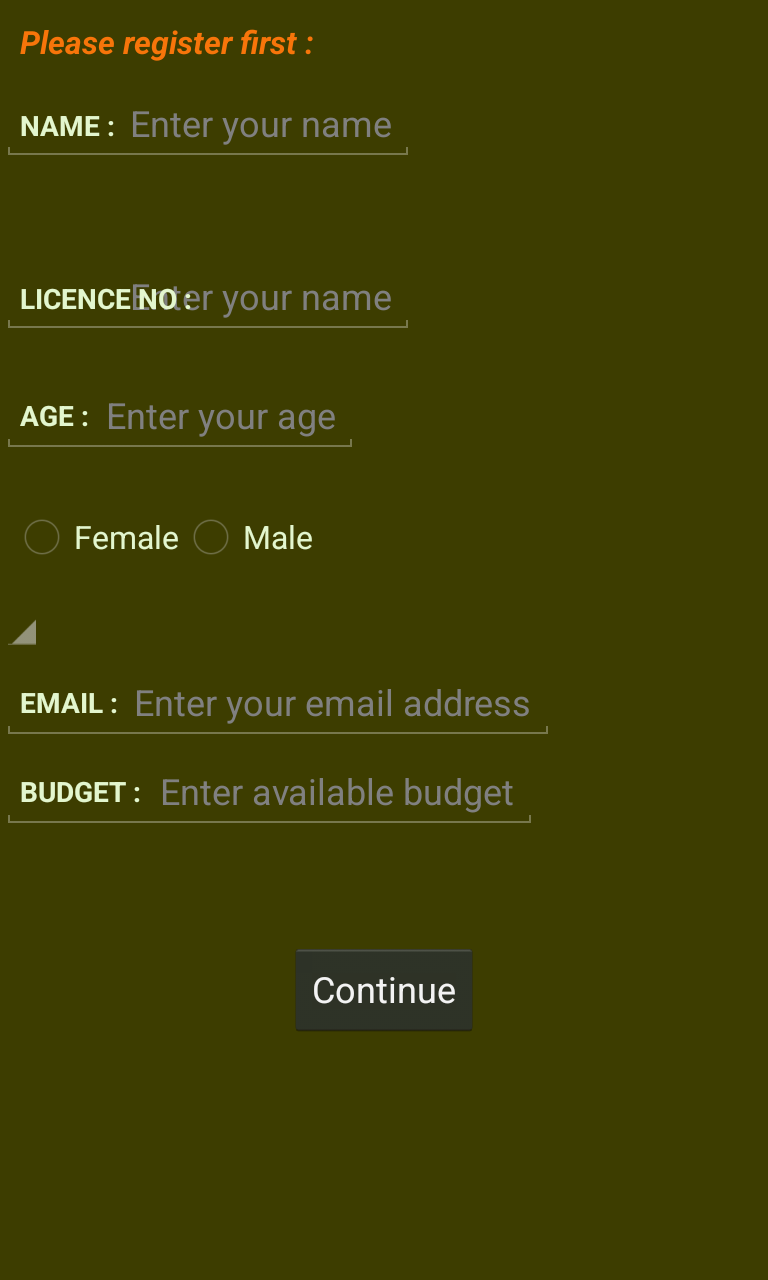
Repository: Adammdit/DT2283GUI
Layout: GunSmoke/res/layout/activity_details_form.xml
An editor plug-in stored every save of this project. The layout is shown before and after the next save, followed by the edit.
It is drawn on a 768 x 1280 px phone screen (xhdpi) without system bars, with theme android:Theme.Holo; the app's code is not run.

Above is the layout before, as saved 2014-11-09 16:15:00.

After the next save:
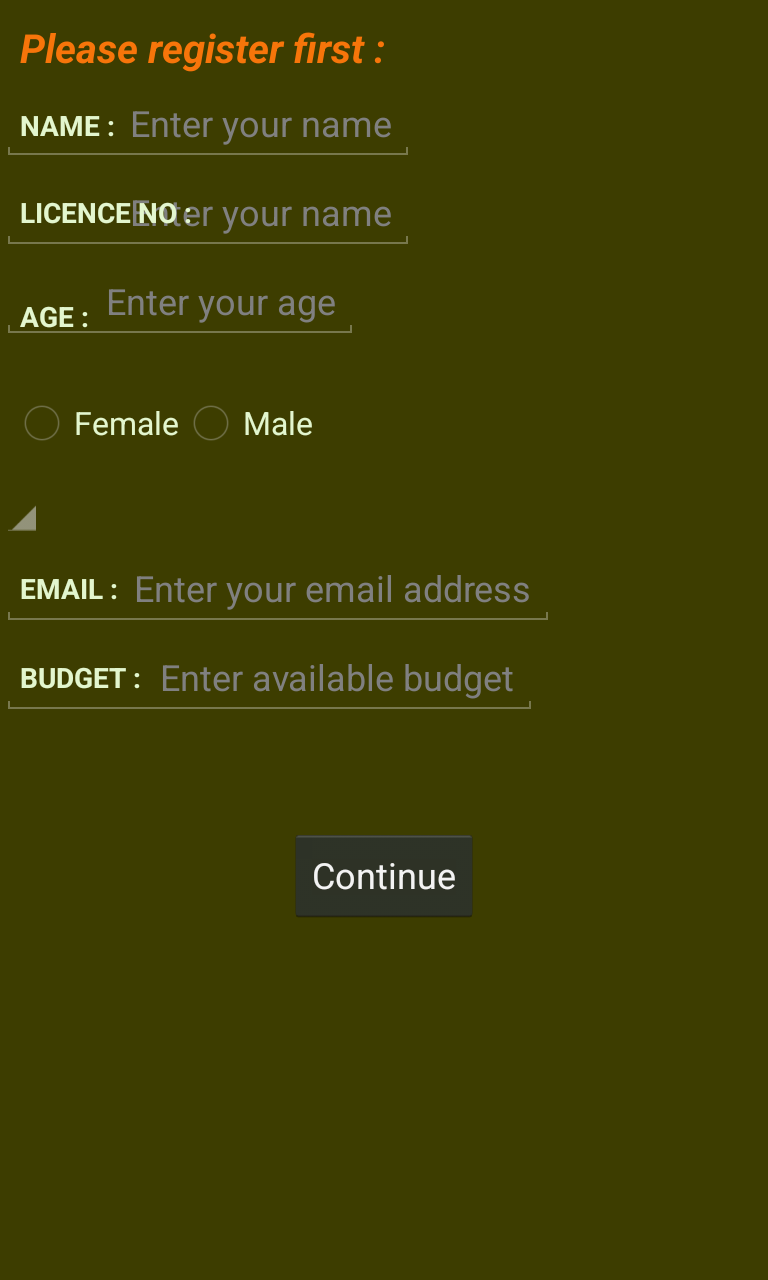
Saved 4 min 28 s later.
--- a/GunSmoke/res/layout/activity_details_form.xml
+++ b/GunSmoke/res/layout/activity_details_form.xml
@@ -46,7 +46,7 @@
 		    	    android:paddingLeft="10dp"
 		    	    android:textColor="#F7750A"
 		    	    android:textStyle="bold|italic"
-		    	    android:textSize="16sp"
+		    	    android:textSize="20sp"
 		    	    android:text="@string/formInfo"
 		    	    android:textAppearance="?android:attr/textAppearanceLarge" />
 
@@ -59,14 +59,14 @@
 	    		android:layout_marginBottom="5dp" >
 			    <EditText
 			        android:id="@+id/editLicence"
-			        android:layout_marginTop="42dp"
+			        android:layout_marginTop="0dp"
 				    android:layout_width="wrap_content"
 				    android:layout_height="wrap_content"
 				    android:paddingLeft="65dp"
 				    android:inputType="textPersonName"
 				    android:hint="@string/nameHint" />
 		    	<TextView
-		    	    android:layout_marginTop="22dp"
+		    	    android:layout_marginTop="0dp"
 			        android:layout_width="wrap_content"
 			        android:layout_height="wrap_content"
 			        android:layout_gravity="center_vertical"
@@ -83,7 +83,7 @@
 			    android:layout_marginBottom="5dp" >
 			    <EditText
 			        android:id="@+id/editAge"
-			        android:layout_marginTop="15dp"
+			        android:layout_marginTop="0dp"
 				    android:layout_width="wrap_content"
 				    android:layout_height="wrap_content"
 				    android:layout_marginBottom="15dp"
